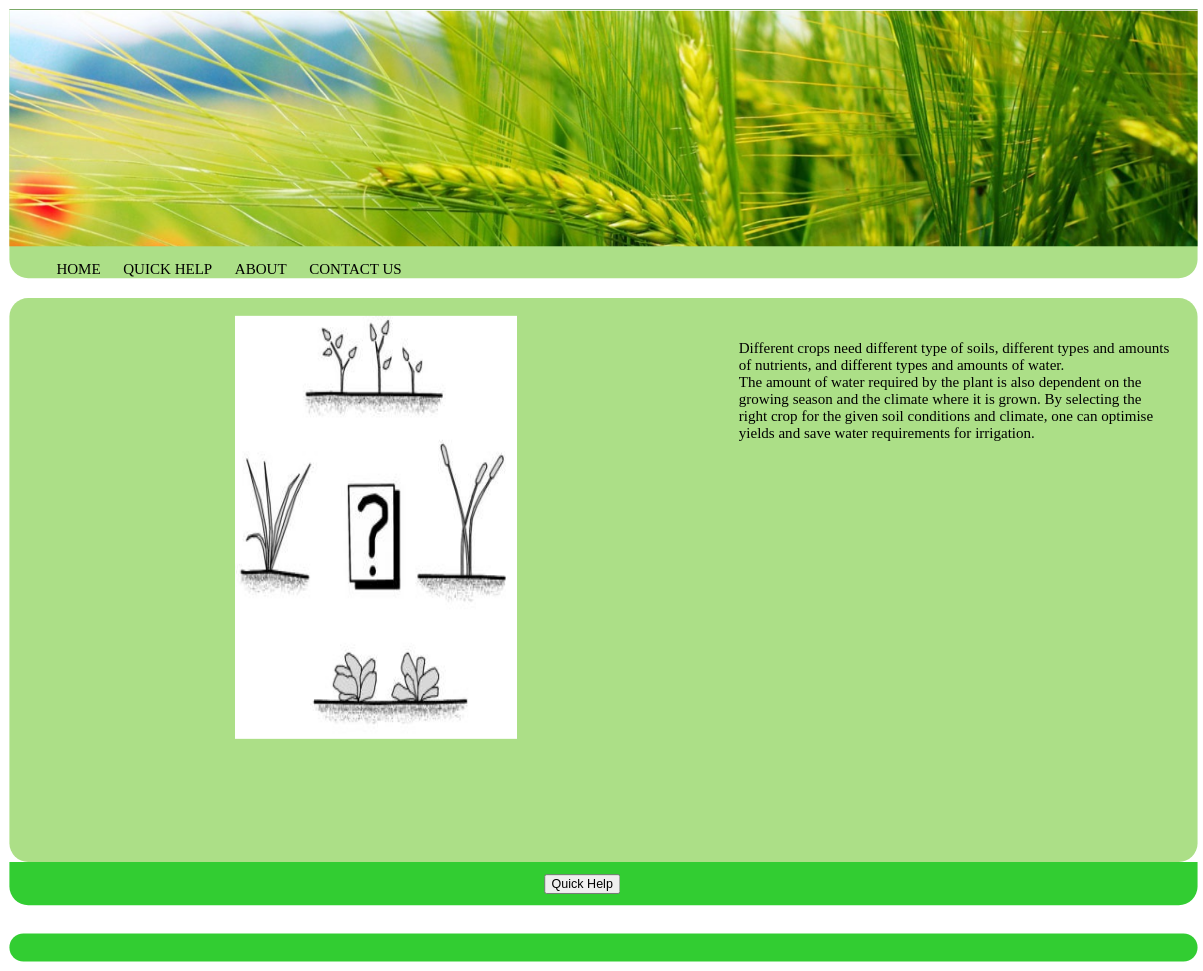
Repository: shivamtyagi1234/FarmoFriend
Page: http://localhost/FarmoFriend/
An editor plug-in stored every save of this project. The page is shown before and after the next save, followed by the edit.
The browser window is 1280 px wide. The pictures show the whole page, at 94% of full size.
The page is served by Tomcat 9. Other server files are loaded and not shown.

Above is the page before, as saved 2019-11-03 07:12:49.

### FarmoFriend/WebContent/home.jsp
<%@ page language="java" contentType="text/html; charset=ISO-8859-1"
    pageEncoding="ISO-8859-1"%>
<!DOCTYPE html PUBLIC "-//W3C//DTD HTML 4.01 Transitional//EN" "http://www.w3.org/TR/html4/loose.dtd">
<html>
<head>
<meta http-equiv="Content-Type" content="text/html; charset=ISO-8859-1">
<title>home</title>

<style type="text/css">
#main
{
width: 100%;
height: 100%;
border: 2px solid white;
}
#homeHead
{
background-color: #ACDF87;
border-radius:0px 0px 20px 20px;
}
#blank1
{
width: 100%;
height: 5px;
}
#homeBody
{
background-color: #ACDF87;
border-top:2px solid;
width: 100%;
height: 600px;
border: 2px;
border-color:limegreen;
border-radius:20px 20px 20px 20px;
}
#homeImage
{
height: 100%;
width: 50%;
}
#homeContent
{
height: 100%;
width: 50%;
}
#homeBody img
{
height:450px;
width:300px;
padding-left: 38%;
padding-top: 3%;
}
#vote
{
border:2px;
border-color: limegreen;
padding-top:1%;
padding-left: 45%;
padding-bottom:1%;
background-color: limegreen;
border-radius:0px 0px 20px 20px;
}
#blank2
{
width: 100%;
height:30px;
}
</style>
</head>
<body >
<div id="main">
<div id="homeHead">
<jsp:include page="header.jsp"></jsp:include>
</div>
<div id="blank1"></div>

<div id="homeBody">
	<div style="float: left; width: 50%"><img alt="home1" src="images\crop selection.jpg" ></div>
	<div style="float: right; text-align: left; text-decoration: blink; padding-right:30px; padding-top: 45px";>
	Different crops need different type of soils, different types and amounts
	<br>of nutrients, and different types and amounts of water.
	<br> The amount of water required by the plant is also dependent on the
	<br>growing season and the climate where it is grown. By selecting the
	<br>right crop for the given soil conditions and climate, one can optimise
	<br> yields and save water requirements for irrigation.<br>
	</div>




</div>
<div id="vote">
<a href="voterLogin.jsp"><button>Quick Help</button></a>
</div>
<div id="blank2"></div>
<div id="homeFoot">
<jsp:include page="footer.jsp"></jsp:include>
</div>
</div>
</body>
</html>

### FarmoFriend/WebContent/header.jsp
<%@ page language="java" contentType="text/html; charset=ISO-8859-1"
    pageEncoding="ISO-8859-1"%>
<!DOCTYPE html PUBLIC "-//W3C//DTD HTML 4.01 Transitional//EN" "http://www.w3.org/TR/html4/loose.dtd">
<head>
<meta http-equiv="Content-Type" content="text/html; charset=ISO-8859-1">
<title>result</title>
<style>
#header
{
height: 25%;
width: 100%;


}
#header ul
{
list-style-type: none;
}
#header ul li
{
display: inline;

padding: 10px;
}
#header ul li a
{
text-decoration: none;
color: black;
}
</style>
</head>
<body>
<div id="header">
	<img src="images\head.png" width="100%">
	<ul>
	<li><a href="home.jsp">HOME</a></li>
	<li><a href="registration.jsp">QUICK HELP</a></li>
	<li><a href="voterLogin.jsp">ABOUT</a></li>
	<li><a href="result.jsp">CONTACT US</a></li>
</ul>
</div>
</body>
</html>

### FarmoFriend/WebContent/footer.jsp
<%@ page language="java" contentType="text/html; charset=ISO-8859-1"
    pageEncoding="ISO-8859-1"%>
<!DOCTYPE html PUBLIC "-//W3C//DTD HTML 4.01 Transitional//EN" "http://www.w3.org/TR/html4/loose.dtd">
<html>
<head>
<meta http-equiv="Content-Type" content="text/html; charset=ISO-8859-1">

<title>FOOTER</title>
<style type="text/css">
#footer
{
width: 100%;
height: 30px;
background-color: limegreen;
border-radius:20px 20px 20px 20px;
}
</style>
</head>
<body>
<div id="footer">

</div>
</body>
</html>

After the next save:
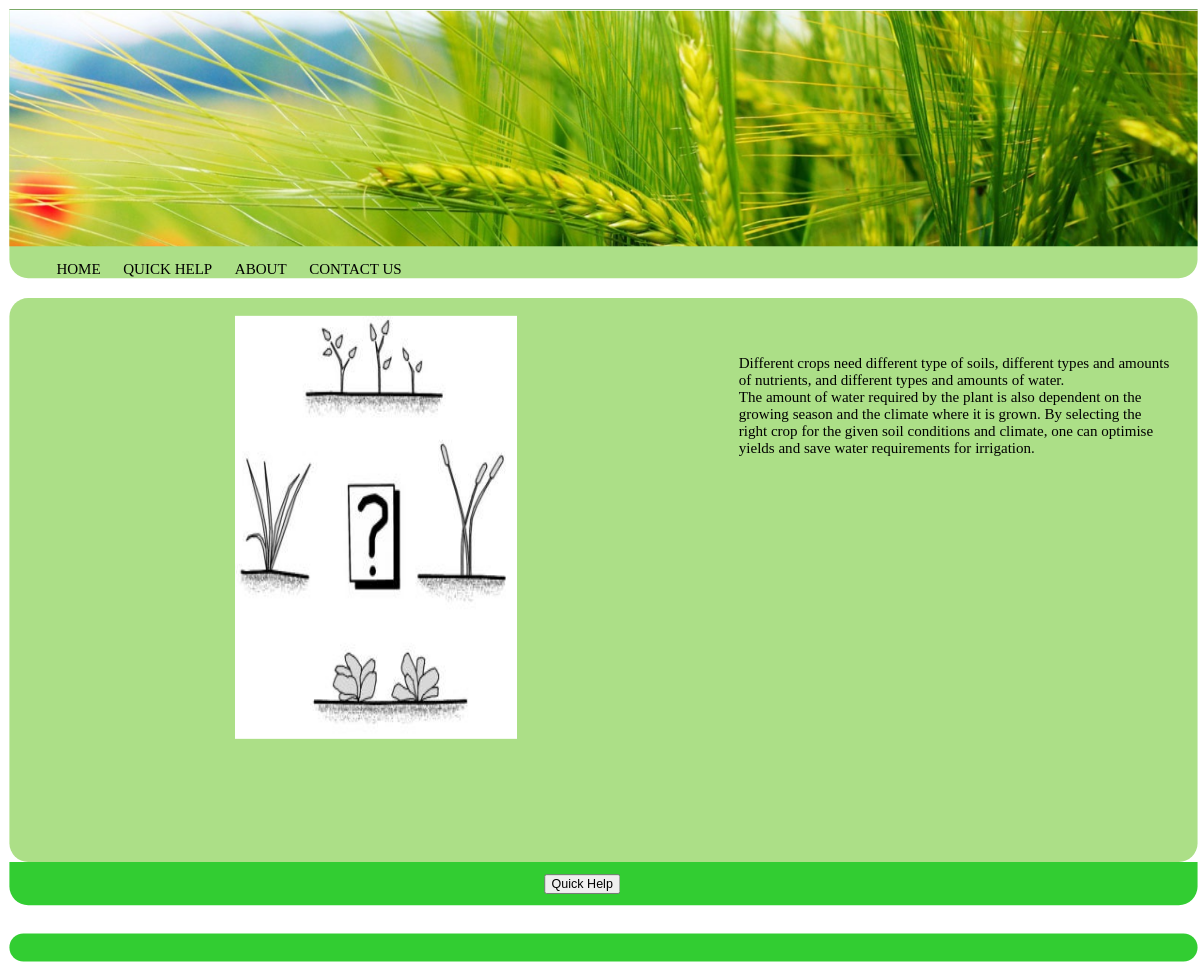
Saved 40 s later.
--- a/FarmoFriend/WebContent/home.jsp
+++ b/FarmoFriend/WebContent/home.jsp
@@ -77,12 +77,12 @@ height:30px;
 <div id="homeBody">
 	<div style="float: left; width: 50%"><img alt="home1" src="images\crop selection.jpg" ></div>
 	<div style="float: right; text-align: left; text-decoration: blink; padding-right:30px; padding-top: 45px";>
-	Different crops need different type of soils, different types and amounts
+	<p>Different crops need different type of soils, different types and amounts
 	<br>of nutrients, and different types and amounts of water.
 	<br> The amount of water required by the plant is also dependent on the
 	<br>growing season and the climate where it is grown. By selecting the
 	<br>right crop for the given soil conditions and climate, one can optimise
-	<br> yields and save water requirements for irrigation.<br>
+	<br> yields and save water requirements for irrigation.<br></p>
 	</div>
 
 
